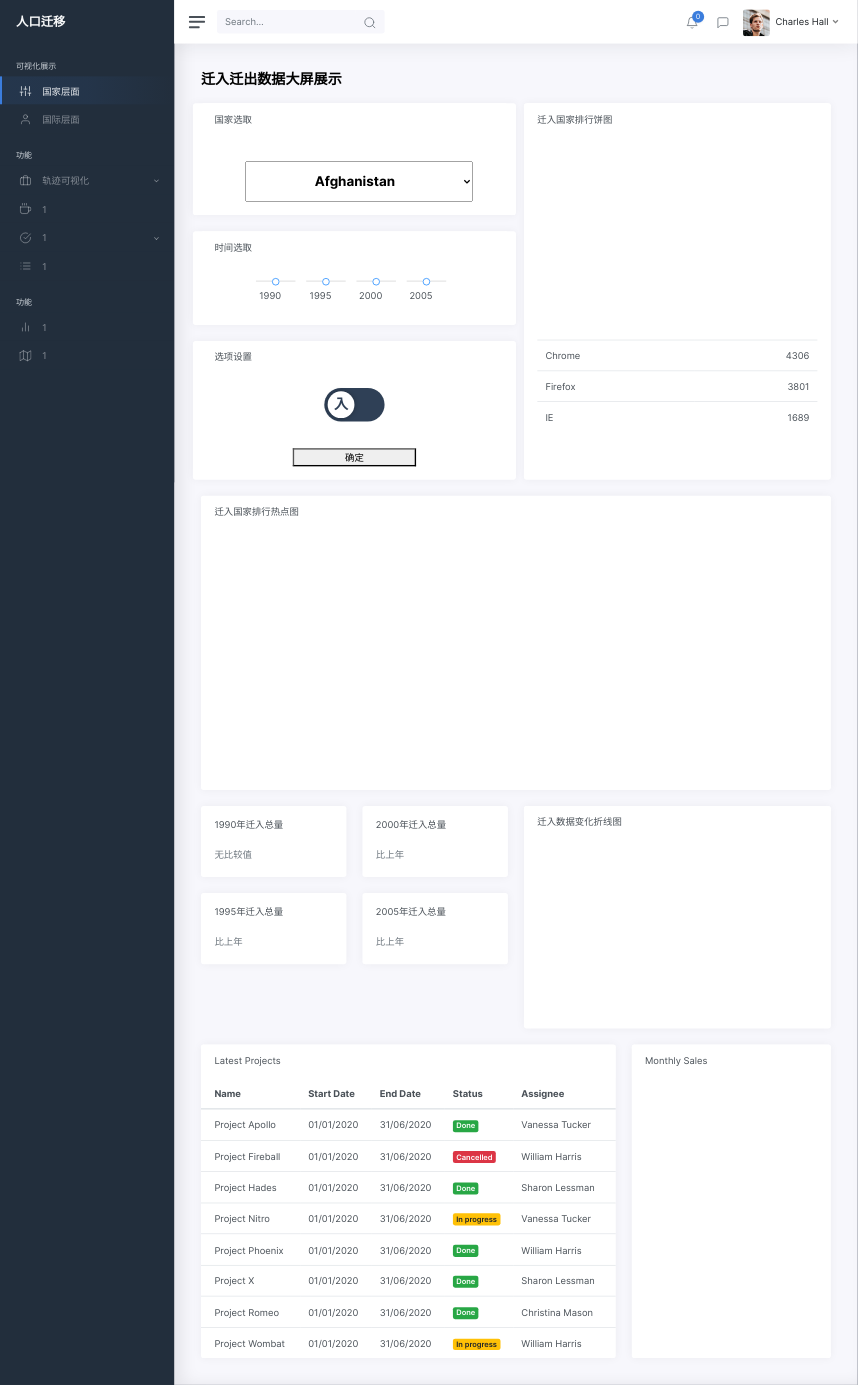
Repository: yuwei0922/WHURS-WGIS
Page: final_project/index.html
The author's editor kept a copy of each file at every save. The page is drawn from the files as they stood at one save, then again after the next save.
The browser window is 1280 px wide. The pictures show the whole page, at 67% of full size.
Some icons come from a web library that is not loaded, so they are not drawn. Some web libraries are served in a nearby version.

Above is the page before, as saved 2022-12-25 21:25:54.
Not found: final_project/js/vendor.js

### final_project/index.html
<!DOCTYPE html>
<html lang="en">

<head>
	<meta charset="utf-8">
	<meta http-equiv="X-UA-Compatible" content="IE=edge">
	<meta name="viewport" content="width=device-width, initial-scale=1, shrink-to-fit=no">
	<meta name="description" content="Responsive Web UI Kit &amp; Dashboard Template based on Bootstrap">
	<meta name="author" content="AdminKit">
	<meta name="keywords" content="adminkit, bootstrap, web ui kit, dashboard template, admin template">
	<link rel="shortcut icon" href="img/icons/icon-48x48.png" />
	<link rel="stylesheet" href="css/app.css">
	<link rel="stylesheet" href="css/content.css">
	<link href="https://cdn.bootcdn.net/ajax/libs/font-awesome/6.1.1/css/all.css" rel="stylesheet">
	<title>AdminKit</title>

</head>

<body>
	<div class="wrapper">
		<!--左边导航栏-->
		<nav id="sidebar" class="sidebar">
			<div class="sidebar-content js-simplebar">
				<a class="sidebar-brand" href="index.html">
					<span class="align-middle">人口迁移</span>
				</a>

				<ul class="sidebar-nav">
					<li class="sidebar-header">
						可视化展示
					</li>

					<li class="sidebar-item active">
						<a class="sidebar-link" href="index.html">
							<i class="align-middle" data-feather="sliders"></i> <span class="align-middle">国家层面</span>
						</a>
					</li>

					<li class="sidebar-item">
						<a class="sidebar-link" href="#">
							<i class="align-middle" data-feather="user"></i> <span class="align-middle">国际层面</span>
						</a>
					</li>


					<li class="sidebar-header">
						功能
					</li>

					<li class="sidebar-item">
						<a href="#ui" data-toggle="collapse" class="sidebar-link collapsed">
							<i class="align-middle" data-feather="briefcase"></i>
							<span class="align-middle">轨迹可视化</span>
						</a>
						<ul id="ui" class="sidebar-dropdown list-unstyled collapse " data-parent="#sidebar">
							<li class="sidebar-item"><a class="sidebar-link" href="pages-profile.html">大屏显示</a></li>
							<li class="sidebar-item"><a class="sidebar-link" href="#">Buttons</a>轨迹选取</li>
						</ul>
					</li>

					<li class="sidebar-item">
						<a class="sidebar-link" href="icons-feather.html">
							<i class="align-middle" data-feather="coffee"></i> <span class="align-middle">1</span>
						</a>
					</li>

					<li class="sidebar-item">
						<a href="#forms" data-toggle="collapse" class="sidebar-link collapsed">
							<i class="align-middle" data-feather="check-circle"></i> <span class="align-middle">1</span>
						</a>
						<ul id="forms" class="sidebar-dropdown list-unstyled collapse " data-parent="#sidebar">
							<li class="sidebar-item"><a class="sidebar-link" href="forms-layouts.html">1</a>
							</li>
							<li class="sidebar-item"><a class="sidebar-link" href="forms-basic-inputs.html">1</a></li>
						</ul>
					</li>

					<li class="sidebar-item">
						<a class="sidebar-link" href="tables-bootstrap.html">
							<i class="align-middle" data-feather="list"></i> <span class="align-middle">1</span>
						</a>
					</li>

					<li class="sidebar-header">
						功能
					</li>

					<li class="sidebar-item">
						<a class="sidebar-link" href="charts-chartjs.html">
							<i class="align-middle" data-feather="bar-chart-2"></i> <span class="align-middle">1</span>
						</a>
					</li>

					<li class="sidebar-item">
						<a class="sidebar-link" href="maps-google.html">
							<i class="align-middle" data-feather="map"></i> <span class="align-middle">1</span>
						</a>
					</li>
				</ul>

			</div>
		</nav>
		<!--中间主要部分-->
		<div class="main">
			<!--头顶导航栏-->
			<nav class="navbar navbar-expand navbar-light navbar-bg">
				<a class="sidebar-toggle d-flex">
					<i class="hamburger align-self-center"></i>
				</a>

				<form class="form-inline d-none d-sm-inline-block">
					<div class="input-group input-group-navbar">
						<input type="text" class="form-control" placeholder="Search…" aria-label="Search">
						<div class="input-group-append">
							<button class="btn" type="button">
								<i class="align-middle" data-feather="search"></i>
							</button>
						</div>
					</div>
				</form>

				<div class="navbar-collapse collapse">
					<ul class="navbar-nav navbar-align">
						<li class="nav-item dropdown">
							<a class="nav-icon dropdown-toggle" href="#" id="alertsDropdown" data-toggle="dropdown">
								<div class="position-relative">
									<i class="align-middle" data-feather="bell"></i>
									<span class="indicator">0</span>
								</div>
							</a>
							<div class="dropdown-menu dropdown-menu-lg dropdown-menu-right py-0"
								aria-labelledby="alertsDropdown">
								<div class="dropdown-menu-header">
									0个未读注意事项
								</div>
								<div class="list-group">
									<a href="#" class="list-group-item">
										<div class="row no-gutters align-items-center">
											<div class="col-2">
												<i class="text-danger" data-feather="alert-circle"></i>
											</div>
											<div class="col-10">
												<div class="text-dark">升级</div>
												<div class="text-muted small mt-1">Restart server 12 to complete the
													update.</div>
												<div class="text-muted small mt-1">30m ago</div>
											</div>
										</div>
									</a>
									<a href="#" class="list-group-item">
										<div class="row no-gutters align-items-center">
											<div class="col-2">
												<i class="text-warning" data-feather="bell"></i>
											</div>
											<div class="col-10">
												<div class="text-dark">Lorem ipsum</div>
												<div class="text-muted small mt-1">Aliquam ex eros, imperdiet vulputate
													hendrerit et.</div>
												<div class="text-muted small mt-1">2h ago</div>
											</div>
										</div>
									</a>
									<a href="#" class="list-group-item">
										<div class="row no-gutters align-items-center">
											<div class="col-2">
												<i class="text-primary" data-feather="home"></i>
											</div>
											<div class="col-10">
												<div class="text-dark">Login from 192.186.1.8</div>
												<div class="text-muted small mt-1">5h ago</div>
											</div>
										</div>
									</a>
									<a href="#" class="list-group-item">
										<div class="row no-gutters align-items-center">
											<div class="col-2">
												<i class="text-success" data-feather="user-plus"></i>
											</div>
											<div class="col-10">
												<div class="text-dark">New connection</div>
												<div class="text-muted small mt-1">Christina accepted your request.
												</div>
												<div class="text-muted small mt-1">14h ago</div>
											</div>
										</div>
									</a>
								</div>
								<div class="dropdown-menu-footer">
									<a href="#" class="text-muted">Show all notifications</a>
								</div>
							</div>
						</li>
						<li class="nav-item dropdown">
							<a class="nav-icon dropdown-toggle" href="#" id="messagesDropdown" data-toggle="dropdown">
								<div class="position-relative">
									<i class="align-middle" data-feather="message-square"></i>
								</div>
							</a>
							<div class="dropdown-menu dropdown-menu-lg dropdown-menu-right py-0"
								aria-labelledby="messagesDropdown">
								<div class="dropdown-menu-header">
									<div class="position-relative">
										4 New Messages
									</div>
								</div>
								<div class="list-group">
									<a href="#" class="list-group-item">
										<div class="row no-gutters align-items-center">
											<div class="col-2">
												<img src="img/avatars/avatar-5.jpg"
													class="avatar img-fluid rounded-circle" alt="Vanessa Tucker">
											</div>
											<div class="col-10 pl-2">
												<div class="text-dark">Vanessa Tucker</div>
												<div class="text-muted small mt-1">Nam pretium turpis et arcu. Duis arcu
													tortor.</div>
												<div class="text-muted small mt-1">15m ago</div>
											</div>
										</div>
									</a>
									<a href="#" class="list-group-item">
										<div class="row no-gutters align-items-center">
											<div class="col-2">
												<img src="img/avatars/avatar-2.jpg"
													class="avatar img-fluid rounded-circle" alt="William Harris">
											</div>
											<div class="col-10 pl-2">
												<div class="text-dark">William Harris</div>
												<div class="text-muted small mt-1">Curabitur ligula sapien euismod
													vitae.</div>
												<div class="text-muted small mt-1">2h ago</div>
											</div>
										</div>
									</a>
									<a href="#" class="list-group-item">
										<div class="row no-gutters align-items-center">
											<div class="col-2">
												<img src="img/avatars/avatar-4.jpg"
													class="avatar img-fluid rounded-circle" alt="Christina Mason">
											</div>
											<div class="col-10 pl-2">
												<div class="text-dark">Christina Mason</div>
												<div class="text-muted small mt-1">Pellentesque auctor neque nec urna.
												</div>
												<div class="text-muted small mt-1">4h ago</div>
											</div>
										</div>
									</a>
									<a href="#" class="list-group-item">
										<div class="row no-gutters align-items-center">
											<div class="col-2">
												<img src="img/avatars/avatar-3.jpg"
													class="avatar img-fluid rounded-circle" alt="Sharon Lessman">
											</div>
											<div class="col-10 pl-2">
												<div class="text-dark">Sharon Lessman</div>
												<div class="text-muted small mt-1">Aenean tellus metus, bibendum sed,
													posuere ac, mattis non.</div>
												<div class="text-muted small mt-1">5h ago</div>
											</div>
										</div>
									</a>
								</div>
								<div class="dropdown-menu-footer">
									<a href="#" class="text-muted">Show all messages</a>
								</div>
							</div>
						</li>
						<li class="nav-item dropdown">
							<a class="nav-icon dropdown-toggle d-inline-block d-sm-none" href="#"
								data-toggle="dropdown">
								<i class="align-middle" data-feather="settings"></i>
							</a>

							<a class="nav-link dropdown-toggle d-none d-sm-inline-block" href="#"
								data-toggle="dropdown">
								<img src="img/avatars/avatar.jpg" class="avatar img-fluid rounded mr-1"
									alt="Charles Hall" /> <span class="text-dark">Charles Hall</span>
							</a>
							<div class="dropdown-menu dropdown-menu-right">
								<a class="dropdown-item" href="pages-profile.html"><i class="align-middle mr-1"
										data-feather="user"></i> Profile</a>
								<a class="dropdown-item" href="#"><i class="align-middle mr-1"
										data-feather="pie-chart"></i> Analytics</a>
								<div class="dropdown-divider"></div>
								<a class="dropdown-item" href="pages-settings.html"><i class="align-middle mr-1"
										data-feather="settings"></i> Settings & Privacy</a>
								<a class="dropdown-item" href="#"><i class="align-middle mr-1"
										data-feather="help-circle"></i> Help Center</a>
								<div class="dropdown-divider"></div>
								<a class="dropdown-item" href="#">Log out</a>
							</div>
						</li>
					</ul>
				</div>
			</nav>

			<main class="content">
				<div class="container-fluid p-0">
					<div class="row mb-2 mb-xl-3">
						<div class="col-auto d-none d-sm-block">
							<h3><strong>迁入迁出数据大屏展示</strong></h3>
						</div>
					</div>
					<div class="row" id="selectandpie">

						<div class="col-12 col-md-6 col-xxl-3 d-flex order-2 order-xxl-3">
							<div class="card flex-fill w-100">
								<div class="card-header">
									<h5 class="card-title mb-0" id="pietitle">迁入国家排行饼图</h5>
								</div>
								<div class="card-body d-flex">
									<div class="align-self-center w-100">
										<div class="py-3">
											<div class="chart chart-xs">
												<canvas id="chartjs-dashboard-pie"></canvas>
											</div>
										</div>

										<table class="table mb-0" id="pietable">
											<tbody>
												<tr>
													<td>Chrome</td>
													<td class="text-right">4306</td>
												</tr>
												<tr>
													<td>Firefox</td>
													<td class="text-right">3801</td>
												</tr>
												<tr>
													<td>IE</td>
													<td class="text-right">1689</td>
												</tr>
											</tbody>
										</table>
									</div>
								</div>
							</div>
						</div>

						<div class="col-12 col-md-12 col-xxl-6 d-flex order-3 order-xxl-2">
							<div class="card flex-fill w-100">
								<div class="card-header">
									<h5 class="card-title mb-0" id="hottitle">迁入国家排行热点图</h5>
								</div>
								<div class="card-body px-4">
									<div id="world_map" style="height:350px;"></div>
								</div>
							</div>
						</div>

						<div class="col-12 col-md-6 col-xxl-3 d-flex order-1 order-xxl-1">
							<div class="row">
								<div class="card flex-fill col-12">
									<div class="card-header">
										<h5 class="card-title mb-0">国家选取</h5>
									</div>
									<div class="card-body d-flex" style="width: 80%;margin: 0 auto; overflow: hidden;">
										<div>
											<select name="selectcountry" id="selectcountry">
											</select>
										</div>
									</div>
								</div>
								<div class="card flex-fill col-12">
									<div class="card-header">
										<h5 class="card-title mb-0">时间选取</h5>
									</div>
									<div class="card-body d-flex" style="width: 80%;margin: 0 auto; overflow: hidden;">
										<div>
											<div class="timecontainer">
											</div>
										</div>
									</div>
								</div>
								<div class="card flex-fill col-12">
									<div class="card-header">
										<h5 class="card-title mb-0">选项设置</h5>
									</div>
									<div class="card-body d-flex" style="width: 80%;margin: 0 auto; overflow: hidden; ">
										<input type="checkbox" name="" id="custom" style="text-align: center;">
										<label for="custom" class="check-box" style="margin: 0 auto; ">
											<span class="check-handler"></span>
										</label>
									</div>
									<button class="submitcheck">确定</button>
								</div>
							</div>
						</div>
					</div>
				</div>


				<!--数字化显示 -->
				<div class="row" id="numberandline">
					<div class="col-xl-6 col-xxl-5 d-flex">
						<div class="w-100">
							<div class="row">
								<div class="col-sm-6">
									<div class="card">
										<div class="card-body numberview">
											<h5 class="card-title mb-4">1990年迁入总量</h5>
											<h1 class="display-5 mt-1 mb-3 numbersum"></h1>
											<div class="mb-1">
												<span class="text-muted">无比较值</span>
												<span class="text-danger"> <i
														class="mdi mdi-arrow-bottom-right"></i></span>
											</div>
										</div>
									</div>
									<div class="card">
										<div class="card-body numberview">
											<h5 class="card-title mb-4">1995年迁入总量</h5>
											<h1 class="display-5 mt-1 mb-3 numbersum"></h1>
											<div class="mb-1">
												<span class="text-muted">比上年</span>
												<span class="text-success"> <i
														class="mdi mdi-arrow-bottom-right"></i></span>

											</div>
										</div>
									</div>
								</div>
								<div class="col-sm-6">
									<div class="card">
										<div class="card-body numberview">
											<h5 class="card-title mb-4">2000年迁入总量</h5>
											<h1 class="display-5 mt-1 mb-3 numbersum"></h1>
											<div class="mb-1">
												<span class="text-muted">比上年</span>
												<span class="text-success moreorless"> <i
														class="mdi mdi-arrow-bottom-right"></i></span>
											</div>
										</div>
									</div>
									<div class="card">
										<div class="card-body numberview">
											<h5 class="card-title mb-4">2005年迁入总量</h5>
											<h1 class="display-5 mt-1 mb-3 numbersum"></h1>
											<div class="mb-1">
												<span class="text-muted">比上年</span>
												<span class="text-danger"> <i
														class="mdi mdi-arrow-bottom-right"></i></span>
											</div>
										</div>
									</div>
								</div>
							</div>
						</div>
					</div>
					<!--折线图-->
					<div class="col-xl-6 col-xxl-7">
						<div class="card flex-fill w-100">
							<div class="card-header">
								<h5 class="card-title mb-0 linetitle">迁入数据变化折线图</h5>
							</div>
							<div class="card-body py-3">
								<div class="chart chart-sm">
									<canvas id="chartjs-dashboard-line"></canvas>
								</div>
							</div>
						</div>
					</div>
				</div>


				<div class="row">
					<div class="col-12 col-lg-8 col-xxl-9 d-flex">
						<div class="card flex-fill">
							<div class="card-header">

								<h5 class="card-title mb-0">Latest Projects</h5>
							</div>
							<table class="table table-hover my-0">
								<thead>
									<tr>
										<th>Name</th>
										<th class="d-none d-xl-table-cell">Start Date</th>
										<th class="d-none d-xl-table-cell">End Date</th>
										<th>Status</th>
										<th class="d-none d-md-table-cell">Assignee</th>
									</tr>
								</thead>
								<tbody>
									<tr>
										<td>Project Apollo</td>
										<td class="d-none d-xl-table-cell">01/01/2020</td>
										<td class="d-none d-xl-table-cell">31/06/2020</td>
										<td><span class="badge badge-success">Done</span></td>
										<td class="d-none d-md-table-cell">Vanessa Tucker</td>
									</tr>
									<tr>
										<td>Project Fireball</td>
										<td class="d-none d-xl-table-cell">01/01/2020</td>
										<td class="d-none d-xl-table-cell">31/06/2020</td>
										<td><span class="badge badge-danger">Cancelled</span></td>
										<td class="d-none d-md-table-cell">William Harris</td>
									</tr>
									<tr>
										<td>Project Hades</td>
										<td class="d-none d-xl-table-cell">01/01/2020</td>
										<td class="d-none d-xl-table-cell">31/06/2020</td>
										<td><span class="badge badge-success">Done</span></td>
										<td class="d-none d-md-table-cell">Sharon Lessman</td>
									</tr>
									<tr>
										<td>Project Nitro</td>
										<td class="d-none d-xl-table-cell">01/01/2020</td>
										<td class="d-none d-xl-table-cell">31/06/2020</td>
										<td><span class="badge badge-warning">In progress</span></td>
										<td class="d-none d-md-table-cell">Vanessa Tucker</td>
									</tr>
									<tr>
										<td>Project Phoenix</td>
										<td class="d-none d-xl-table-cell">01/01/2020</td>
										<td class="d-none d-xl-table-cell">31/06/2020</td>
										<td><span class="badge badge-success">Done</span></td>
										<td class="d-none d-md-table-cell">William Harris</td>
									</tr>
									<tr>
										<td>Project X</td>
										<td class="d-none d-xl-table-cell">01/01/2020</td>
										<td class="d-none d-xl-table-cell">31/06/2020</td>
										<td><span class="badge badge-success">Done</span></td>
										<td class="d-none d-md-table-cell">Sharon Lessman</td>
									</tr>
									<tr>
										<td>Project Romeo</td>
										<td class="d-none d-xl-table-cell">01/01/2020</td>
										<td class="d-none d-xl-table-cell">31/06/2020</td>
										<td><span class="badge badge-success">Done</span></td>
										<td class="d-none d-md-table-cell">Christina Mason</td>
									</tr>
									<tr>
										<td>Project Wombat</td>
										<td class="d-none d-xl-table-cell">01/01/2020</td>
										<td class="d-none d-xl-table-cell">31/06/2020</td>
										<td><span class="badge badge-warning">In progress</span></td>
										<td class="d-none d-md-table-cell">William Harris</td>
									</tr>
								</tbody>
							</table>
						</div>
					</div>
					<div class="col-12 col-lg-4 col-xxl-3 d-flex">
						<div class="card flex-fill w-100">
							<div class="card-header">

								<h5 class="card-title mb-0">Monthly Sales</h5>
							</div>
							<div class="card-body d-flex w-100">
								<div class="align-self-center chart chart-lg">
									<canvas id="chartjs-dashboard-bar"></canvas>
								</div>
							</div>
						</div>
					</div>
				</div>

		</div>
		</main>
		<script src="js/jquery.js"></script>
		<script src="js/vendor.js"></script>
		<script src="js/app.js"></script>

		<script>
			$(function () {
				$('#datetimepicker-dashboard').datetimepicker({
					inline: true,
					sideBySide: false,
					format: 'L'
				});
			});
		</script>
		<script src="./js/addexcel.js"></script>
		<script src="./js/addtimer.js"></script>
		<script src="./js/switch.js"></script>
		<script src="./js/addcountrylist.js"></script>
</body>

</html>

Loaded but not shown: final_project/css/app.css (library); final_project/js/jquery.js (library); final_project/js/app.js (library); final_project/js/addexcel.js (215 lines, source omitted); final_project/js/addcountrylist.js (203 lines, source omitted); final_project/js/switch.js (71 lines, source omitted); final_project/js/addtimer.js (27 lines, source omitted); final_project/css/content.css (143 lines, source omitted)

After the next save:
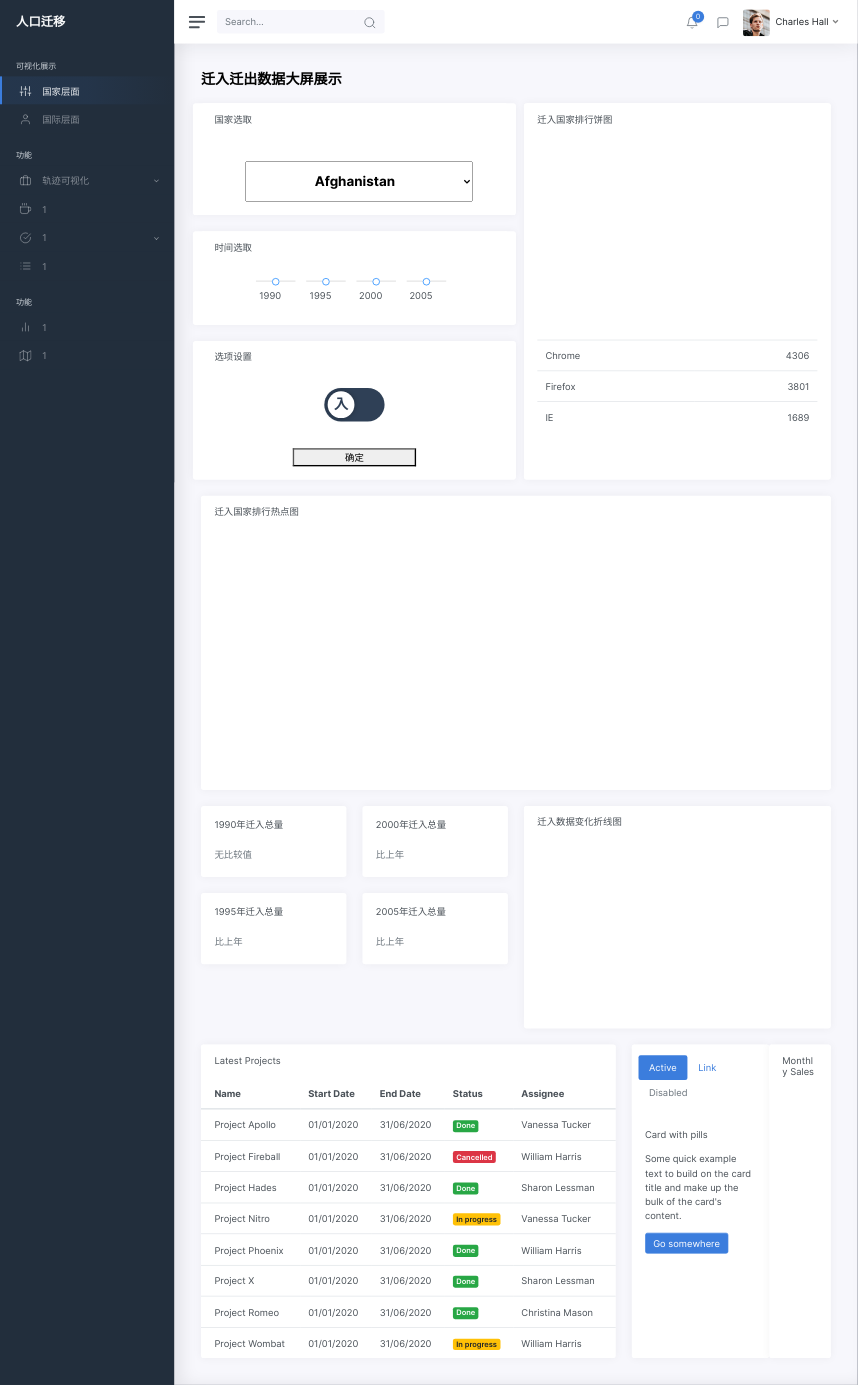
Saved 53 min 16 s later.
--- a/final_project/index.html
+++ b/final_project/index.html
@@ -543,6 +543,40 @@
 						</div>
 					</div>
 					<div class="col-12 col-lg-4 col-xxl-3 d-flex">
+						<div class="card">
+							<div class="card-header">
+								<ul class="nav nav-pills card-header-pills pull-right" role="tablist">
+									<li class="nav-item">
+										<a class="nav-link active" data-toggle="tab" href="#tab-4">Active</a>
+									</li>
+									<li class="nav-item">
+										<a class="nav-link" data-toggle="tab" href="#tab-5">Link</a>
+									</li>
+									<li class="nav-item">
+										<a class="nav-link disabled" data-toggle="tab" href="#tab-6">Disabled</a>
+									</li>
+								</ul>
+							</div>
+							<div class="card-body">
+								<div class="tab-content">
+									<div class="tab-pane fade show active" id="tab-4" role="tabpanel">
+										<h5 class="card-title">Card with pills</h5>
+										<p class="card-text">Some quick example text to build on the card title and make up the bulk of the card's content.</p>
+										<a href="#" class="btn btn-primary">Go somewhere</a>
+									</div>
+									<div class="tab-pane fade text-center" id="tab-5" role="tabpanel">
+										<h5 class="card-title">Card with pills</h5>
+										<p class="card-text">Some quick example text to build on the card title and make up the bulk of the card's content.</p>
+										<a href="#" class="btn btn-primary">Go somewhere</a>
+									</div>
+									<div class="tab-pane fade" id="tab-6" role="tabpanel">
+										<h5 class="card-title">Card with pills</h5>
+										<p class="card-text">Some quick example text to build on the card title and make up the bulk of the card's content.</p>
+										<a href="#" class="btn btn-primary">Go somewhere</a>
+									</div>
+								</div>
+							</div>
+						</div>
 						<div class="card flex-fill w-100">
 							<div class="card-header">
 
